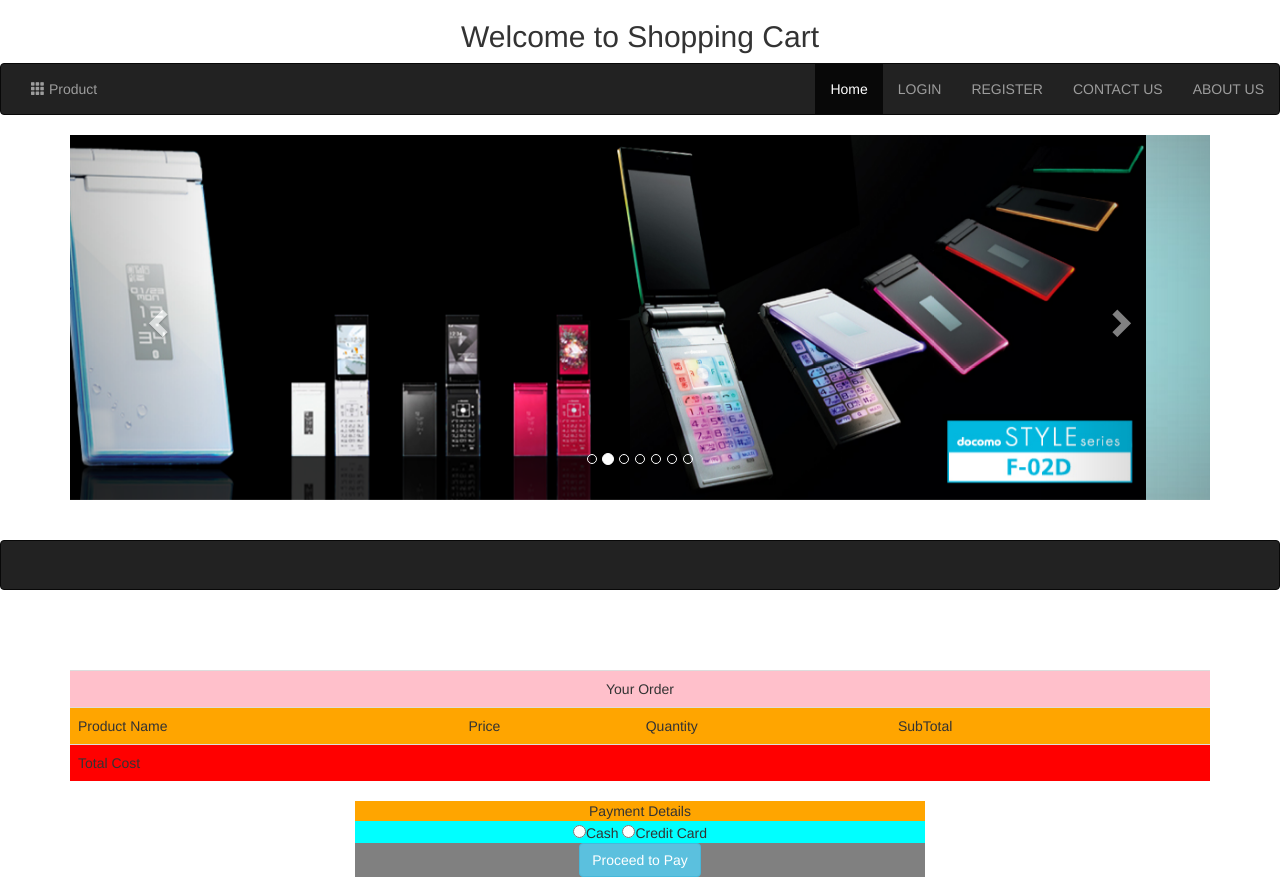
Repository: ashutosh238/S180403_404Shoppingcart
Page: http://localhost/ShoppingCartFrontEnd/WEB-INF/page/OrderConfirm.jsp
An editor plug-in stored every save of this project. The page is shown before and after the next save, followed by the edit.
The browser window is 1280 px wide. The pictures show the whole page.
The page is served by Tomcat 9. Nobody is signed in. The template is opened directly, without the code that normally fills it, so the values that code supplies are empty.

Above is the page before, as saved 2018-06-05 07:51:35.

After the next save:
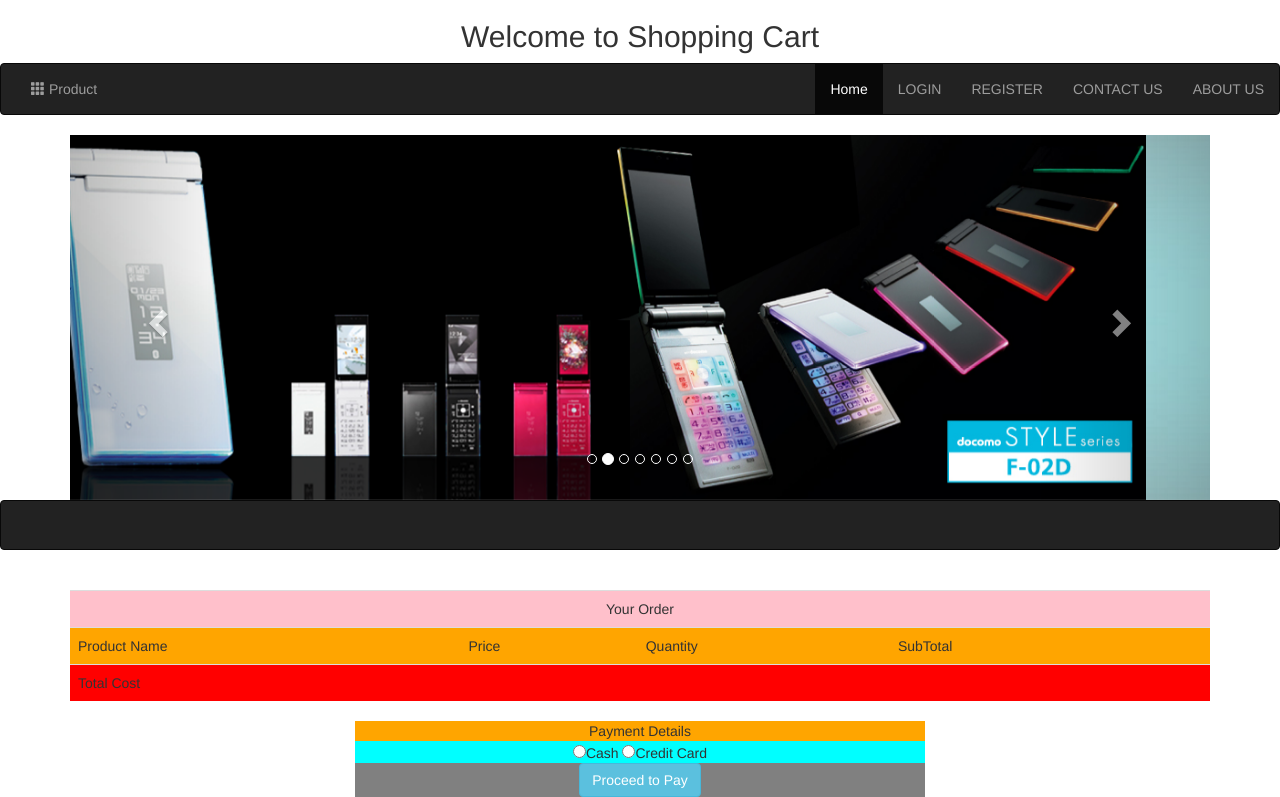
Saved 105 s later.
--- a/ShoppingCartFrontEnd/src/main/webapp/WEB-INF/page/home.jsp
+++ b/ShoppingCartFrontEnd/src/main/webapp/WEB-INF/page/home.jsp
@@ -22,9 +22,9 @@
 
 	<!--  include login_header.jsp here -->
 	<jsp:include page="login_header.jsp"></jsp:include>
-	<jsp:include page="carousel.jsp"></jsp:include><br><br>
+	<jsp:include page="carousel.jsp"></jsp:include>
 	<jsp:include page="category_menu.jsp"></jsp:include>
-	<br><br><br>
+	<br>
 
 	<%-- <jsp:include page="imageslider.jsp"></jsp:include> --%>
 
